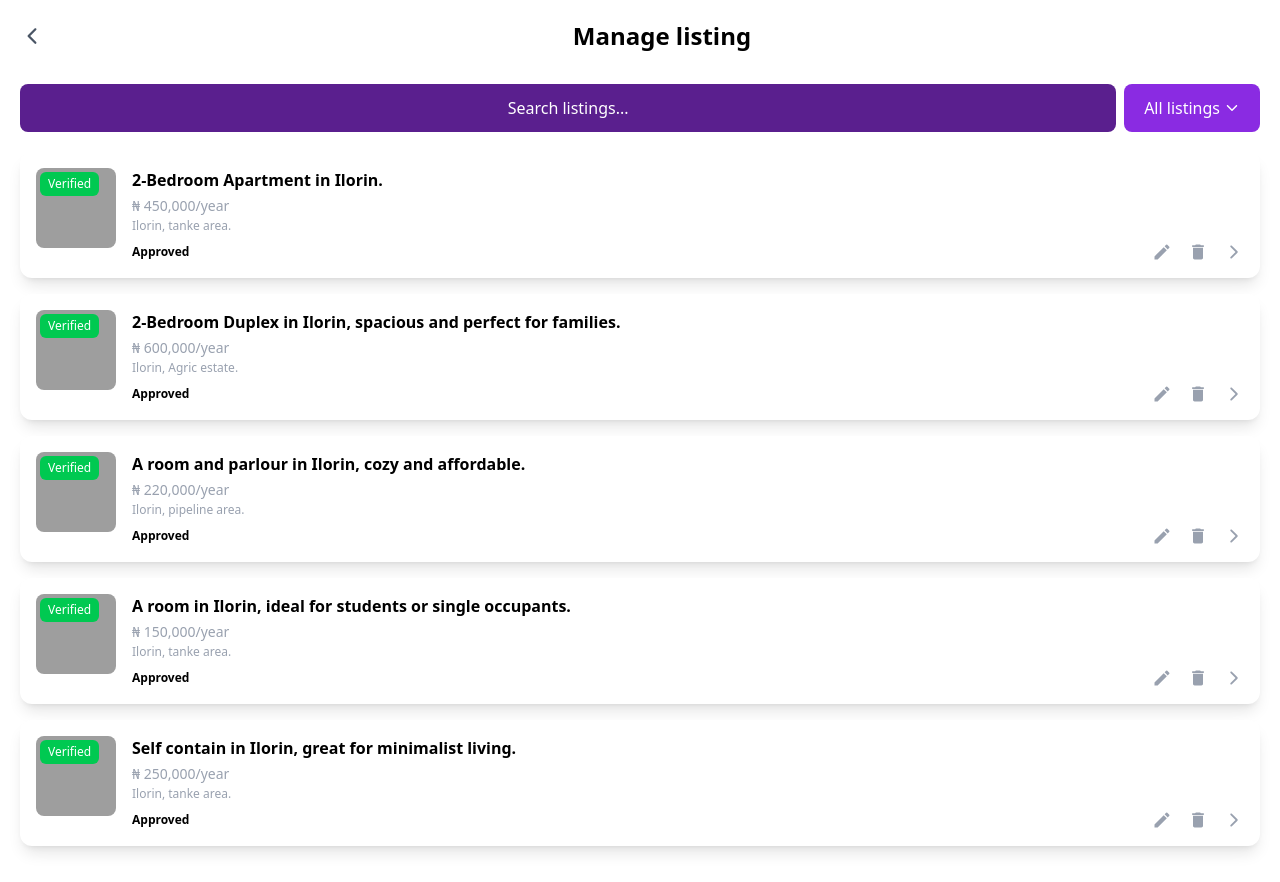
Repository: Em-driod/spotify-clone
Page: /Manage
These files come from the project's save history. The page is drawn as it stood at one moment and after the next save; the edit follows.
The browser window is 1280 px wide. The pictures show the whole page.
Pictures or frames that could not be fetched are drawn as grey boxes. The project was rebuilt for these pictures with package versions that can differ from the ones it lists, and the page was loaded fresh each time. Also part of the build but not shown: vite.config.ts, src/pages/veryify.tsx, src/pages/LandingPage.tsx, src/pages/Back.tsx, src/pages/Change.tsx, src/pages/onboard.tsx, src/pages/Skips.tsx, src/pages/Otp.tsx and 6 more.

Above is the page before, as saved 2025-07-09 17:07:03.

### src/App.tsx
import { BrowserRouter as Router, Routes, Route, useLocation } from 'react-router-dom';
import { AnimatePresence } from 'framer-motion';
import Welcome from './pages/veryify';
import LandingPage from './pages/LandingPage';
import Back from './pages/Back';
import Change from './pages/Change';
import Skips from './pages/Skips';
import Otp from './pages/Otp';
import First from './pages/First';
import Second from './pages/second';
import Fourth from './pages/fourth';
import Third from './pages/Third';
import Fifth from './pages/fifth';
import Signup from './pages/Signup';
import Manage from  './pages/Manage'


const AnimatedRoutes = () => {
  const location = useLocation();

  return (
    <AnimatePresence mode="wait">
      <Routes location={location} key={location.pathname}>
        <Route path="/" element={<LandingPage />} />
        <Route path="/skip" element={<Skips />} />
       <Route path="/welcome" element={<Welcome />} />
       <Route path="/back" element={<Back />} />
       <Route path="/forget" element={<Change />} />
       <Route path="/Otp" element={<Otp />} />
       <Route path="/first" element={<First />} />
       <Route path="/second" element={<Second />} />
        <Route path="/third" element={<Third />} />
        <Route path="/fourth" element={<Fourth />} />
        <Route path="/fifth" element={<Fifth />} />
        <Route path="/signup" element={<Signup />} />
        <Route path="/Manage" element={<Manage />} />
        {/* Add more routes as needed */}

      </Routes>
    </AnimatePresence>
  );
};

const App = () => {
  return (
    <Router>
      <AnimatedRoutes />
    </Router>
  );
};

export default App;

### src/pages/Manage.tsx
import { IoIosArrowBack, IoIosArrowDown } from 'react-icons/io';
import { MdEdit, MdDelete } from 'react-icons/md';

const Manage = () => {
  const listings = [
    {
      id: 1,
      image: '/path/to/your/bedroom-apartment.png', // Replace with actual image paths
      type: '2-Bedroom Apartment in Ilorin.',
      price: '₦ 450,000/year',
      location: 'Ilorin, tanke area.',
      status: 'Approved',
    },
    {
      id: 2,
      image: '/path/to/your/duplex.png',
      type: '2-Bedroom Duplex in Ilorin, spacious and perfect for families.',
      price: '₦ 600,000/year',
      location: 'Ilorin, Agric estate.',
      status: 'Approved',
    },
    {
      id: 3,
      image: '/path/to/your/room-parlour.png',
      type: 'A room and parlour in Ilorin, cozy and affordable.',
      price: '₦ 220,000/year',
      location: 'Ilorin, pipeline area.',
      status: 'Approved',
    },
    {
      id: 4,
      image: '/path/to/your/room.png',
      type: 'A room in Ilorin, ideal for students or single occupants.',
      price: '₦ 150,000/year',
      location: 'Ilorin, tanke area.',
      status: 'Approved',
    },
    {
      id: 5,
      image: '/path/to/your/self-contain.png',
      type: 'Self contain in Ilorin, great for minimalist living.',
      price: '₦ 250,000/year',
      location: 'Ilorin, tanke area.',
      status: 'Approved',
    },
  ];

  const handleEdit = (id) => {
    // Implement your edit logic here
    console.log('Edit listing with ID:', id);
    alert(`Editing listing with ID: ${id}`);
  };

  const handleDelete = (id) => {
    // Implement your delete logic here
    console.log('Delete listing with ID:', id);
    alert(`Deleting listing with ID: ${id}`);
  };

  return (
    <div className="min-h-screen p-5 bg-white text-black font-sans">
      {/* Header */}
      <div className="flex items-center mb-8">
        <IoIosArrowBack size={24} className="text-gray-600 mr-5 cursor-pointer" />
        <h1 className="text-2xl font-bold text-center flex-grow">Manage listing</h1>
      </div>

      {/* Search and Filter */}
      <div className="flex justify-between mb-5">
        <button className="bg-[#5a1f8e] text-white rounded-lg px-5 py-3 text-base cursor-pointer flex-1 mr-2">
          Search listings...
        </button>
        <button className="bg-[#8a2be2] text-white rounded-lg px-5 py-3 text-base cursor-pointer flex items-center">
          All listings <IoIosArrowDown size={16} className="ml-1" />
        </button>
      </div>

      {/* Listings */}
      <div>
        {listings.map((listing) => (
          <div key={listing.id} className="bg-white rounded-xl p-4 mb-4 flex items-start shadow-lg">
            <div className="relative mr-4">
              {/* Verified Badge */}
              <span className="absolute top-1 left-1 bg-green-500 text-white text-xs px-2 py-1 rounded-md z-10">Verified</span>
              <img src={listing.image} alt={listing.type} className="w-20 h-20 rounded-lg object-cover" />
            </div>
            <div className="flex-1 min-w-0"> {/* Use min-w-0 to allow content to shrink */}
              <h3 className="text-base font-bold mb-1 break-words">{listing.type}</h3> {/* break-words for long text */}
              <p className="text-sm text-gray-400 mb-0.5">{listing.price}</p>
              <p className="text-xs text-gray-400 mb-2">{listing.location}</p>
              <div className="flex items-center justify-between mt-2"> {/* New flex container for status and actions */}
                <p className="text-xs text-black font-bold">{listing.status}</p>
                <div className="flex items-center">
                  <MdEdit size={20} className="text-gray-400 ml-4 cursor-pointer" onClick={() => handleEdit(listing.id)} />
                  <MdDelete size={20} className="text-gray-400 ml-4 cursor-pointer" onClick={() => handleDelete(listing.id)} />
                  <IoIosArrowBack size={20} className="text-gray-400 ml-4 cursor-pointer rotate-180" /> {/* Rotated for forward */}
                </div>
              </div>
            </div>
          </div>
        ))}
      </div>
    </div>
  );
};

export default Manage;

Loaded but not shown: index.html (common file); src/main.tsx (common file); src/index.css (common file)

After the next save:
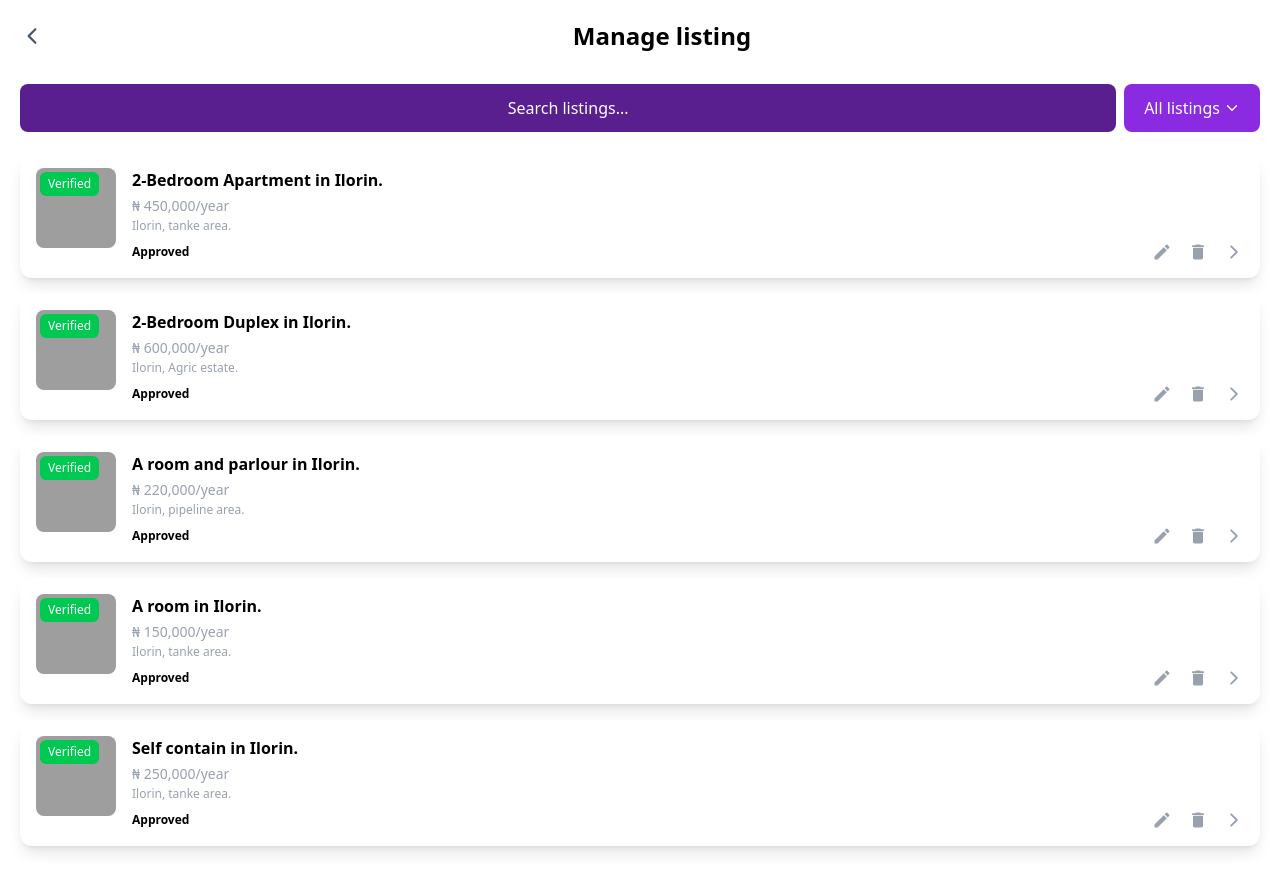
Saved 51 s later.
--- a/src/pages/Manage.tsx
+++ b/src/pages/Manage.tsx
@@ -14,7 +14,7 @@ const Manage = () => {
     {
       id: 2,
       image: '/path/to/your/duplex.png',
-      type: '2-Bedroom Duplex in Ilorin, spacious and perfect for families.',
+      type: '2-Bedroom Duplex in Ilorin.',
       price: '₦ 600,000/year',
       location: 'Ilorin, Agric estate.',
       status: 'Approved',
@@ -22,7 +22,7 @@ const Manage = () => {
     {
       id: 3,
       image: '/path/to/your/room-parlour.png',
-      type: 'A room and parlour in Ilorin, cozy and affordable.',
+      type: 'A room and parlour in Ilorin.',
       price: '₦ 220,000/year',
       location: 'Ilorin, pipeline area.',
       status: 'Approved',
@@ -30,7 +30,7 @@ const Manage = () => {
     {
       id: 4,
       image: '/path/to/your/room.png',
-      type: 'A room in Ilorin, ideal for students or single occupants.',
+      type: 'A room in Ilorin.',
       price: '₦ 150,000/year',
       location: 'Ilorin, tanke area.',
       status: 'Approved',
@@ -38,7 +38,7 @@ const Manage = () => {
     {
       id: 5,
       image: '/path/to/your/self-contain.png',
-      type: 'Self contain in Ilorin, great for minimalist living.',
+      type: 'Self contain in Ilorin.',
       price: '₦ 250,000/year',
       location: 'Ilorin, tanke area.',
       status: 'Approved',
